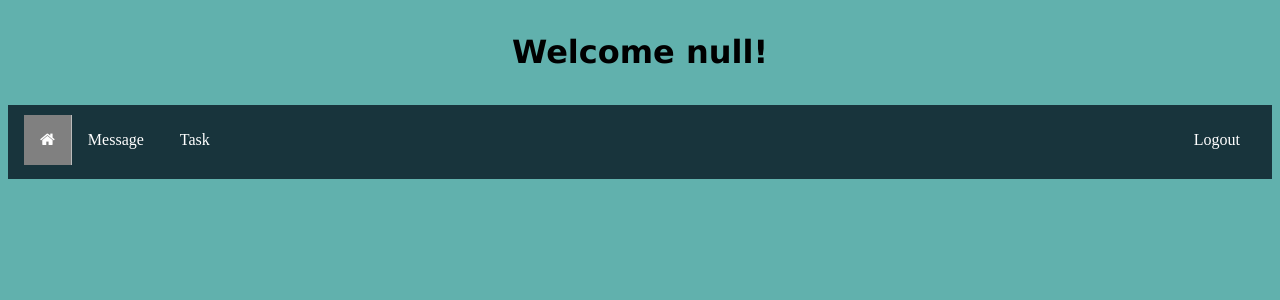
Repository: orsolyanemet/WebProject
Page: http://localhost/Project/userhome.jsp
These files come from the project's save history. The page is drawn as it stood at one moment and after the next save; the edit follows.
The browser window is 1280 px wide. The pictures show the whole page.
The page is served by Tomcat 9. Nobody is signed in. The application's start-up code is not run. Other server files are loaded and not shown.

Above is the page before, as saved 2018-06-11 21:04:05.

### Project/WebContent/userhome.jsp
<!--Nemet Orsolya, noim1553, 532/1 csoport, Project -->
<!DOCTYPE html>
<html>
<head>
<title>Event Organizer</title>
<meta name="viewport" content="width=device-width, initial-scale=1">
<link rel="stylesheet"
	href="https://cdnjs.cloudflare.com/ajax/libs/font-awesome/4.7.0/css/font-awesome.min.css">
<link rel="stylesheet" type="text/css" href="styles/userhome.css">
</head>
<body>
	<h1>
		Welcome
		<%
		out.print(request.getSession().getAttribute("logedUsername"));
	%>!
	</h1>
	<ul>
		<li><a class="active" href="userhome.jsp"><i class="fa fa-home"></i></a></li>
		<div class="dropdown">
			<li class="dropbtn"><a href="">Message</a>
				<div class="dropdown-content">
					<a href=""><i class="fa fa-envelope-o"></i> Inbox</a> <a href=""><i class="fa fa-trash-o"></i>
						Trash</a>
				</div></li>
		</div>
		<div class="dropdown">
			<li class="dropbtn"><a href="">Task</a>
				<div class="dropdown-content">
					<a href="admin/Send.jsp">Send</a> <a href="admin/Inbox.jsp">Inbox</a>
				</div></li>
		</div>
		<li class="right" onclick="logout('')"><a href="">Logout</a></li>
	</ul>
</body>
</html>

### Project/WebContent/styles/userhome.css
/*Nemet Orsolya, noim1553, 532 csoport*/
/*Project*/
body {
	background-color: #61b1ad;
}

h1 {
	text-align: center;
	font-family: Verdana;
	padding: 12px 20px;
}

h2, h3, h4 {
	font-family: Verdana;
}

ul {
	list-style-type: none;
	margin: 0;
	padding: 10px 16px;
	overflow: hidden;
	background-color: #18343c;
}

li {
	float: left;
	border-right: 1px solid #bbb;
}

li:last-child {
	border-right: none;
}

li a {
	display: block;
	color: white;
	text-align: center;
	padding: 16px 16px;
	text-decoration: none;
}

li a:hover:not (.active ) {
	background-color: #A9A9A9;
}

.active {
	background-color: #808080;
}

.right {
	float: right;
}

.dropbtn {
	color: white;
	font-size: 16px;
	border: none;
	cursor: pointer;
}

.dropdown {
	position: relative;
	display: inline-block;
}

.dropdown-content {
	display: none;
	position: fixed;
	background-color: #18343c;
	color: white;
	min-width: 80px;
	box-shadow: 0px 8px 16px 0px rgba(0, 0, 0, 0.2);
	z-index: 10;
}

.dropdown-content a {
	color: white;
	padding: 12px 16px;
	text-decoration: none;
	display: block;
}

.dropdown-content a:hover {
	background-color: #A9A9A9
}

.dropdown:hover .dropdown-content {
	display: block;
}

After the next save:
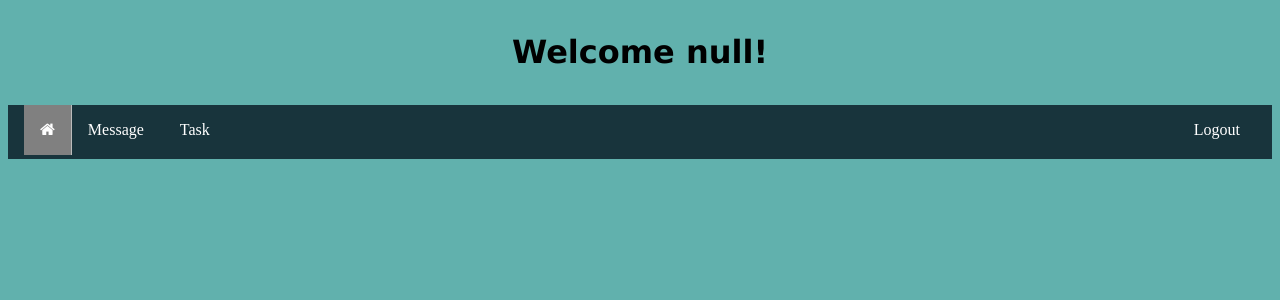
Saved 11 s later.
--- a/Project/WebContent/styles/userhome.css
+++ b/Project/WebContent/styles/userhome.css
@@ -17,7 +17,7 @@ h2, h3, h4 {
 ul {
 	list-style-type: none;
 	margin: 0;
-	padding: 10px 16px;
+	padding: 0px 16px;
 	overflow: hidden;
 	background-color: #18343c;
 }
